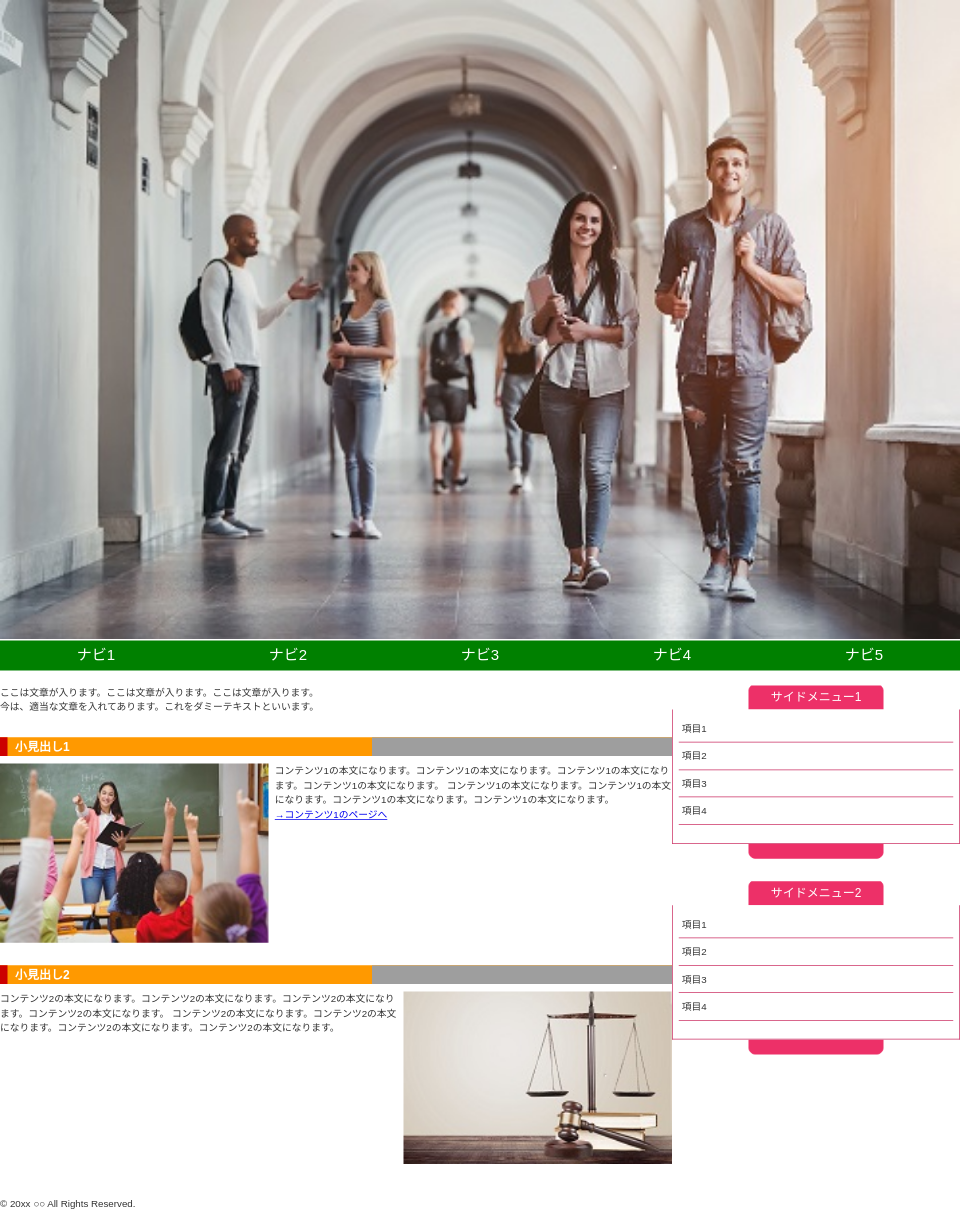
Repository: missan26/samurai_HTML-CSS
Page: index.html
The author's editor kept a record of every edit. The page is drawn from the files as they stood at one moment, then again after the next edit.
The browser window is 1280 px wide. The pictures show the whole page, at 75% of full size.
Pictures or frames that could not be fetched are drawn as grey boxes.

Above is the page before.

After the next edit:
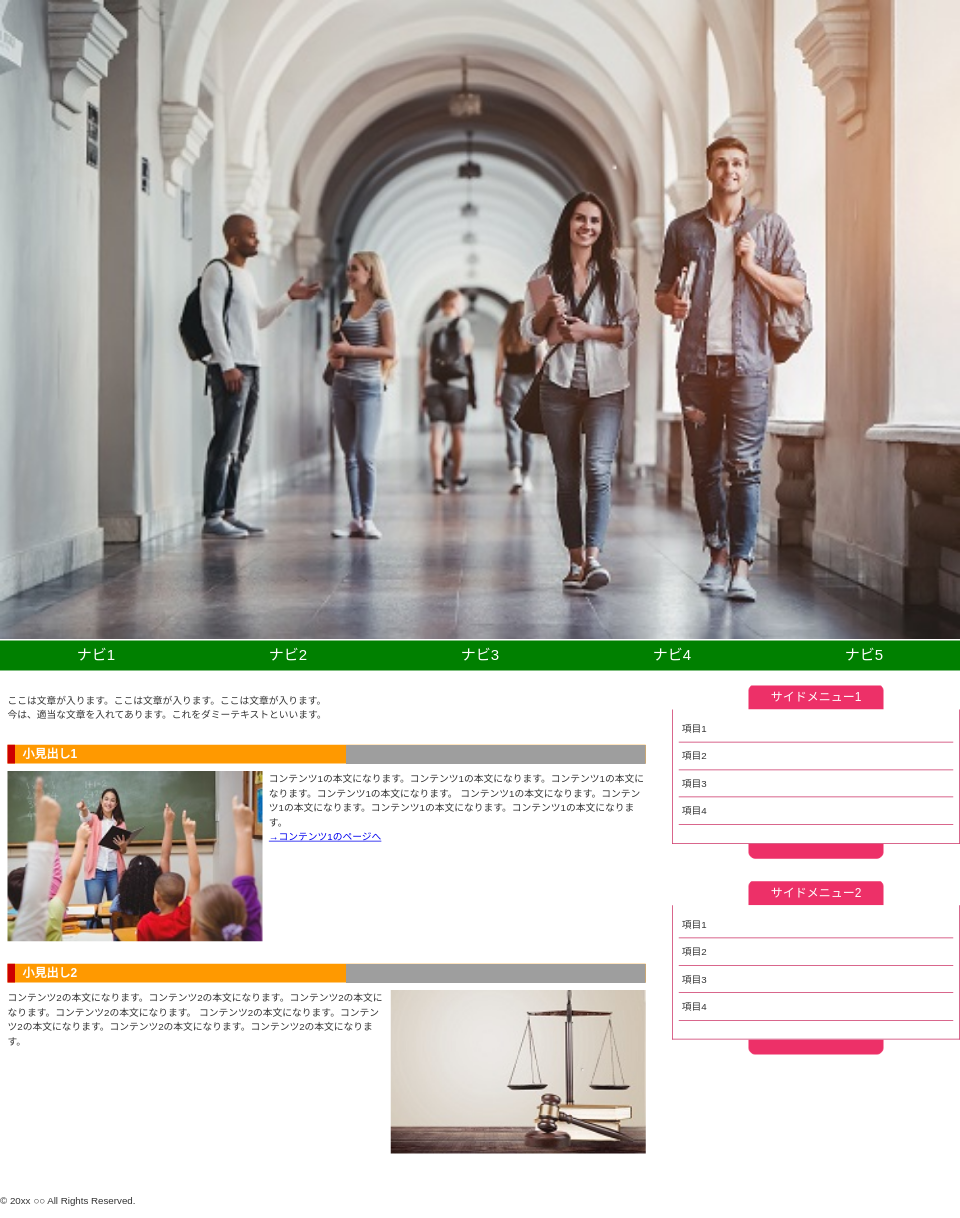
The edit:
--- a/stylesheet.css
+++ b/stylesheet.css
@@ -82,7 +82,7 @@
 display: grid;
 grid-template-columns: 70vw 30vw;
 }
-/ -------------------- main -------------------- /
+/* -------------------- main -------------------- */
 #main {
 width: 95%;
 padding: 10px 30px 10px 10px;
